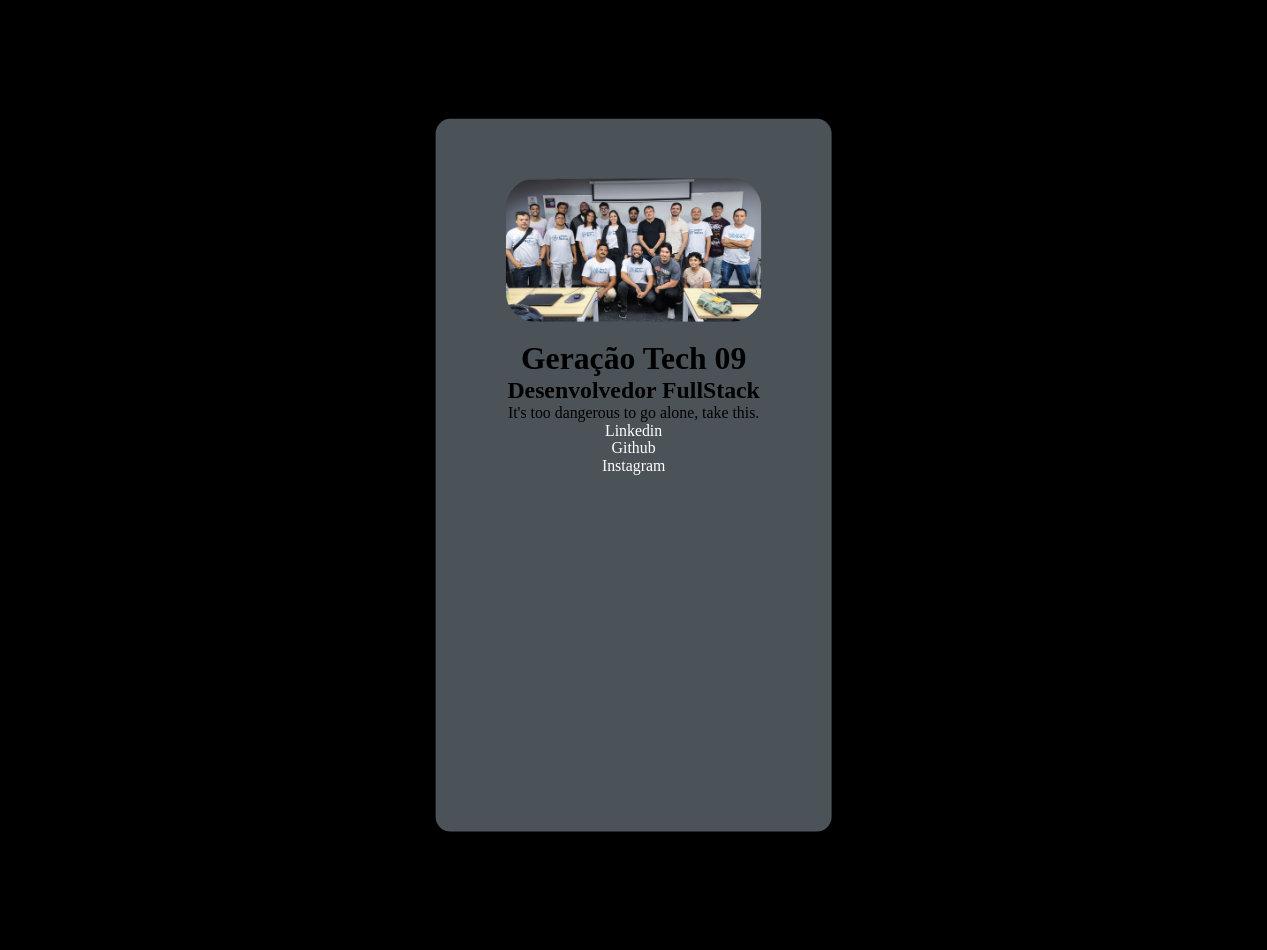
Repository: geracao-09/linktree-gt9
Page: index.html
An editor plug-in stored every save of this project. The page is shown before and after the next save, followed by the edit.
The browser window is 1280 px wide. The pictures show the whole page, at 99% of full size.

Above is the page before, as saved 2025-04-10 11:48:27.

After the next save:
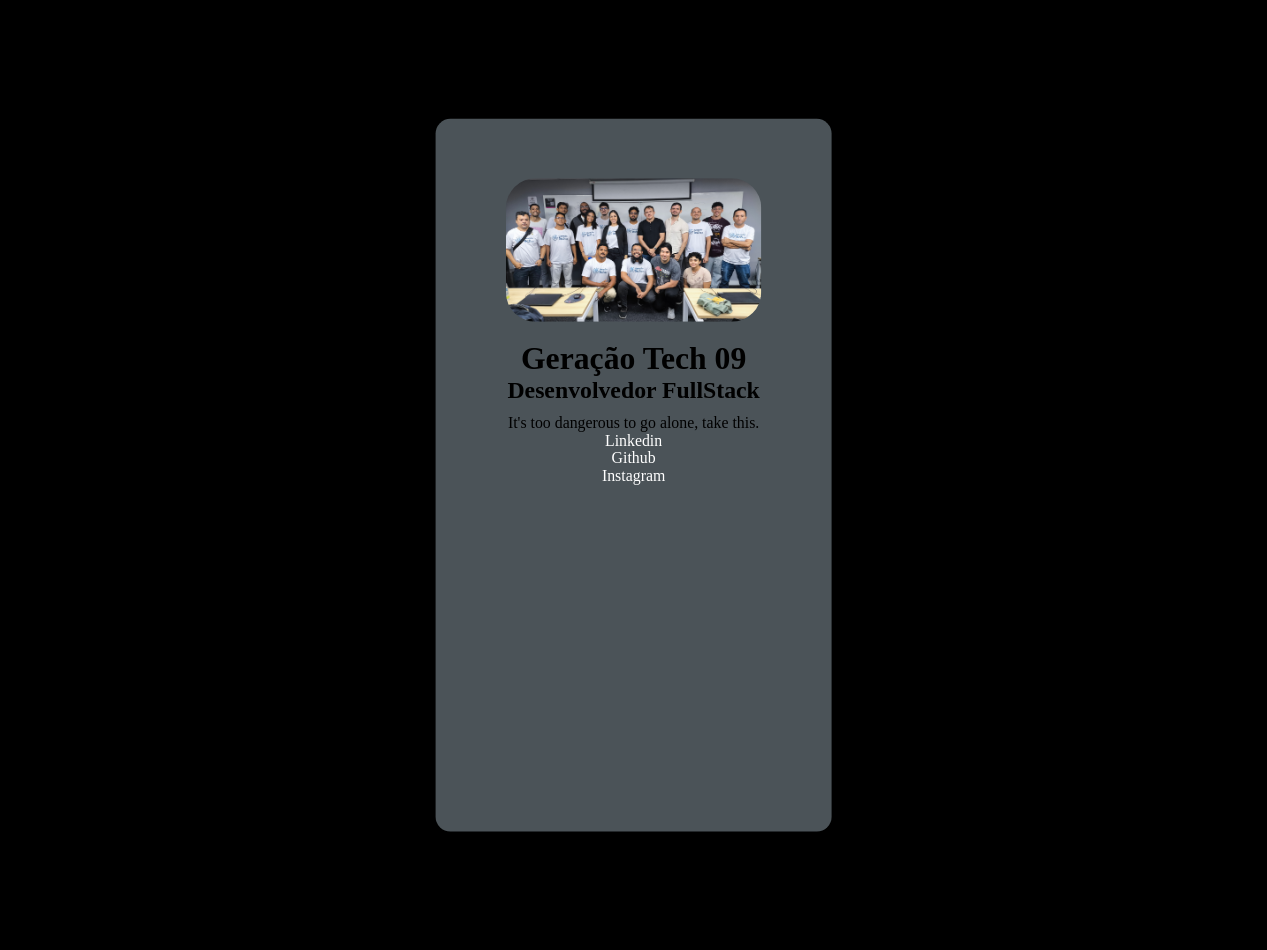
Saved 4 s later.
--- a/style.css
+++ b/style.css
@@ -26,7 +26,7 @@ body {
 
 .container-infos {
     margin-top: 15px;
-    margin-bottom: ;
+    margin-bottom: 10px;
 }
 .container-social ul {
     list-style-type: none;
